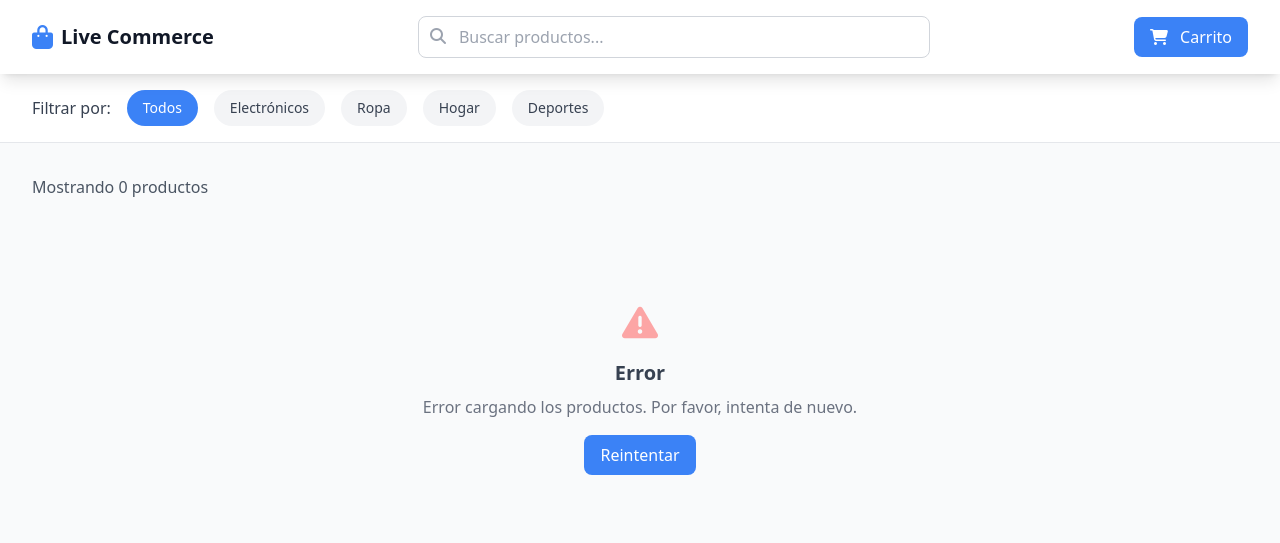
Repository: manucavallera/Jadeshop
Page: frontend/tienda/index.html
These files come from the project's save history. The page is drawn as it stood at one moment and after the next save; the edit follows.
The browser window is 1280 px wide. The pictures show the whole page.
The page's requests for data from a server got no answer. Some web libraries are served in a nearby version.

Above is the page before, as saved 2025-09-16 12:42:48.

### frontend/tienda/index.html
<!DOCTYPE html>
<html lang="es">
  <head>
    <meta charset="UTF-8" />
    <meta name="viewport" content="width=device-width, initial-scale=1.0" />
    <title>Tienda - Live Commerce</title>

    <!-- Tailwind CSS -->
    <script src="https://cdn.tailwindcss.com"></script>

    <!-- Configuración personalizada de Tailwind -->
    <script>
      tailwind.config = {
        theme: {
          extend: {
            colors: {
              primary: "#3B82F6",
              secondary: "#10B981",
              accent: "#8B5CF6",
            },
          },
        },
      };
    </script>

    <!-- Font Awesome para iconos -->
    <link
      rel="stylesheet"
      href="https://cdnjs.cloudflare.com/ajax/libs/font-awesome/6.4.0/css/all.min.css"
    />
  </head>
  <body class="bg-gray-50">
    <!-- Header -->
    <header class="bg-white shadow-lg sticky top-0 z-50">
      <div class="max-w-7xl mx-auto px-4 sm:px-6 lg:px-8">
        <div class="flex justify-between items-center py-4">
          <div class="flex items-center">
            <a href="../" class="flex items-center">
              <i class="fas fa-shopping-bag text-primary text-2xl mr-2"></i>
              <span class="text-xl font-bold text-gray-900">Live Commerce</span>
            </a>
          </div>

          <!-- Búsqueda -->
          <div class="hidden md:flex flex-1 max-w-lg mx-8">
            <div class="relative w-full">
              <input
                type="text"
                id="searchInput"
                placeholder="Buscar productos..."
                class="w-full px-4 py-2 pl-10 pr-4 border border-gray-300 rounded-lg focus:ring-2 focus:ring-primary focus:border-transparent"
              />
              <i class="fas fa-search absolute left-3 top-3 text-gray-400"></i>
            </div>
          </div>

          <!-- Carrito -->
          <div class="flex items-center space-x-4">
            <button
              id="cartButton"
              class="relative bg-primary text-white px-4 py-2 rounded-lg hover:bg-blue-600 transition duration-300"
            >
              <i class="fas fa-shopping-cart mr-2"></i>
              Carrito
              <span
                id="cartCount"
                class="absolute -top-2 -right-2 bg-red-500 text-white text-xs rounded-full h-6 w-6 flex items-center justify-center hidden"
              >
                0
              </span>
            </button>
          </div>
        </div>
      </div>
    </header>

    <!-- Filtros -->
    <section class="bg-white border-b">
      <div class="max-w-7xl mx-auto px-4 sm:px-6 lg:px-8 py-4">
        <div class="flex flex-wrap gap-4 items-center">
          <span class="text-gray-700 font-medium">Filtrar por:</span>

          <button
            onclick="filtrarPorCategoria('todos')"
            class="filter-btn active px-4 py-2 rounded-full text-sm font-medium transition duration-300 bg-primary text-white"
          >
            Todos
          </button>
          <button
            onclick="filtrarPorCategoria('Electrónicos')"
            class="filter-btn px-4 py-2 rounded-full text-sm font-medium transition duration-300 bg-gray-100 text-gray-700 hover:bg-gray-200"
          >
            Electrónicos
          </button>
          <button
            onclick="filtrarPorCategoria('Ropa')"
            class="filter-btn px-4 py-2 rounded-full text-sm font-medium transition duration-300 bg-gray-100 text-gray-700 hover:bg-gray-200"
          >
            Ropa
          </button>
          <button
            onclick="filtrarPorCategoria('Hogar')"
            class="filter-btn px-4 py-2 rounded-full text-sm font-medium transition duration-300 bg-gray-100 text-gray-700 hover:bg-gray-200"
          >
            Hogar
          </button>
          <button
            onclick="filtrarPorCategoria('Deportes')"
            class="filter-btn px-4 py-2 rounded-full text-sm font-medium transition duration-300 bg-gray-100 text-gray-700 hover:bg-gray-200"
          >
            Deportes
          </button>
        </div>
      </div>
    </section>

    <!-- Loading -->
    <div id="loading" class="flex justify-center items-center py-20">
      <div
        class="animate-spin rounded-full h-12 w-12 border-b-2 border-primary"
      ></div>
      <span class="ml-3 text-gray-600">Cargando productos...</span>
    </div>

    <!-- Productos -->
    <section class="py-8">
      <div class="max-w-7xl mx-auto px-4 sm:px-6 lg:px-8">
        <!-- Contador de productos -->
        <div class="mb-6">
          <p id="productCount" class="text-gray-600">
            Mostrando <span id="currentCount">0</span> productos
          </p>
        </div>

        <!-- Grid de productos -->
        <div
          id="productGrid"
          class="grid grid-cols-1 sm:grid-cols-2 lg:grid-cols-3 xl:grid-cols-4 gap-6"
        >
          <!-- Los productos se cargan aquí dinámicamente -->
        </div>

        <!-- Mensaje cuando no hay productos -->
        <div id="noProducts" class="text-center py-20 hidden">
          <i class="fas fa-search text-6xl text-gray-300 mb-4"></i>
          <h3 class="text-xl font-semibold text-gray-700 mb-2">
            No se encontraron productos
          </h3>
          <p class="text-gray-500">
            Intenta con otros términos de búsqueda o filtros
          </p>
        </div>
      </div>
    </section>

    <!-- Modal del Carrito -->
    <div
      id="cartModal"
      class="fixed inset-0 bg-black bg-opacity-50 z-50 hidden"
    >
      <div
        class="fixed right-0 top-0 h-full w-full max-w-md bg-white shadow-xl"
      >
        <div class="flex flex-col h-full">
          <!-- Header del carrito -->
          <div class="flex items-center justify-between p-4 border-b">
            <h3 class="text-lg font-semibold">Mi Carrito</h3>
            <button
              onclick="cerrarCarrito()"
              class="text-gray-400 hover:text-gray-600"
            >
              <i class="fas fa-times text-xl"></i>
            </button>
          </div>

          <!-- Items del carrito -->
          <div id="cartItems" class="flex-1 overflow-y-auto p-4">
            <!-- Items se cargan aquí dinámicamente -->
          </div>

          <!-- Footer del carrito -->
          <div class="border-t p-4 bg-gray-50">
            <div class="flex justify-between items-center mb-4">
              <span class="text-lg font-semibold">Total:</span>
              <span id="cartTotal" class="text-lg font-bold text-primary"
                >$0.00</span
              >
            </div>

            <button
              onclick="confirmarPedido()"
              class="w-full bg-secondary text-white py-3 rounded-lg font-semibold hover:bg-green-600 transition duration-300"
            >
              <i class="fas fa-whatsapp mr-2"></i>
              Confirmar Pedido
            </button>
          </div>
        </div>
      </div>
    </div>

    <!-- JavaScript -->
    <script src="../assets/js/tienda.js"></script>
  </body>
</html>

Loaded but not shown: frontend/assets/js/tienda.js (650 lines, source omitted)

After the next save:
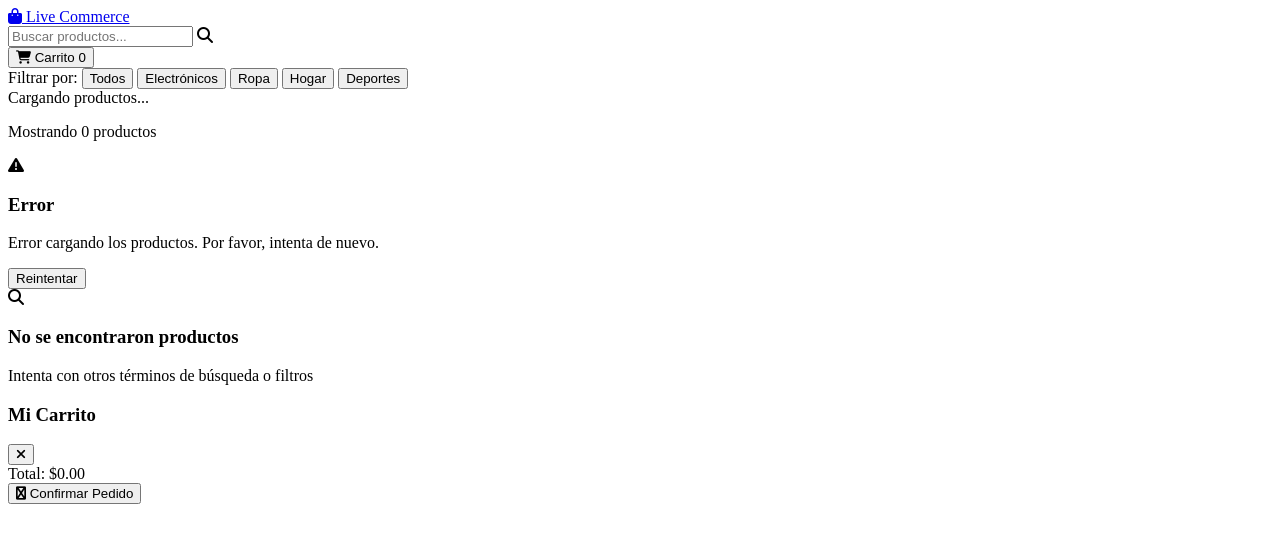
Console error: ReferenceError: tailwind is not defined
Saved 97 s later.
--- a/frontend/tienda/index.html
+++ b/frontend/tienda/index.html
@@ -4,9 +4,6 @@
     <meta charset="UTF-8" />
     <meta name="viewport" content="width=device-width, initial-scale=1.0" />
     <title>Tienda - Live Commerce</title>
-
-    <!-- Tailwind CSS -->
-    <script src="https://cdn.tailwindcss.com"></script>
 
     <!-- Configuración personalizada de Tailwind -->
     <script>
